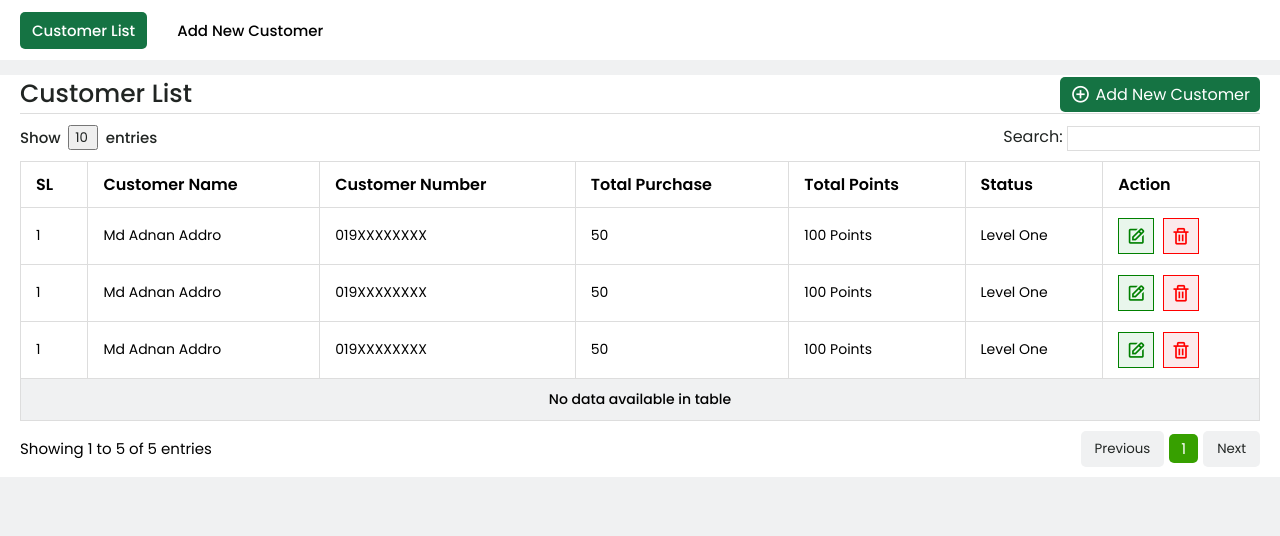
Repository: codebyaddro/customer-page
Page: customer.html
These files come from the project's save history. The page is drawn as it stood at one moment and after a run of saves; the edit follows.
The browser window is 1280 px wide. The pictures show the whole page.

Above is the page before, as saved 2025-02-20 14:36:42.

### customer.html
<!DOCTYPE html>
<html lang="en">
<head>
    <meta charset="UTF-8">
    <meta name="viewport" content="width=device-width, initial-scale=1.0">
    <!-- CSS -->
    <link rel="stylesheet" href="css/customer.css">
    <!-- Icons -->
    <link href='https://unpkg.com/boxicons@2.1.4/css/boxicons.min.css' rel='stylesheet'>
    <title>Customer - Page</title>
</head>
<body style="background-color: var(--gray-white);">
    <div class="cba-customer-container">
        <div class="cba-cusc-top-menus">
            <ul>
                <li><a href="/index.html" class="cba-cusc-active-menu">Customer List</a></li>
                <li><a href="/inner-pages/html/anc.html" class="cba-cusc-light-up">Add New Customer</a></li>
            </ul>
        </div>
        <div class="cba-cusc-list-container">
            <div class="cba-cusc-heading-add-new-btn">
                <div class="cba-cusc-heading">
                    <h2>Customer List</h2>
                </div>
                <div class="cba-cusc-add-new-btn">
                    <i class='cba-cusc-add-icon bx bx-plus-circle'></i>
                    <a href="/inner-pages/html/anc.html">Add New Customer</a>
                </div>
            </div>
            <div class="cba-cusc-list-short-dpdwn-search-box">
                <div class="cba-cusc-list-short-dpdwn">
                    <h3>Show</h3>
                    <select name="10" id="">
                        <option value="">10</option>
                        <option value="">20</option>
                        <option value="">30</option>
                        <option value="">All</option>
                    </select>
                    <h3>entries</h3>
                </div>
                <div class="cba-cusc-search-box">
                    <legend>Search: <input type="text"></legend>
                </div>
            </div>
            <div class="cba-cusc-table-list">
                <table>
                    <thead>
                        <tr>
                            <th title="SL">SL</th>
                            <th title="Code">Customer Name</th>
                            <th title="Category Name">Customer Number</th>
                            <th title="Status">Total Purchase</th>
                            <th title="Status">Total Points</th>
                            <th title="Status">Status</th>
                            <th title="Action">Action</th>
                        </tr>
                    </thead>
                    <tbody>
                        <tr>
                            <td>1</td>
                            <td>Md Adnan Addro</td>
                            <td>019XXXXXXXX</td>
                            <td>50</td>
                            <td><span>100</span> Points</td>
                            <td><span class="cba-cusc-ls1">Level One</span></td>
                            <td>
                                <a title="Edit" href="#"><i class='cba-cusc-edit-icon bx bx-edit'></i></a>
                                <a title="Delete" href="#"><i class='cba-cusc-delete-icon bx bx-trash'></i></a>
                            </td>
                        </tr>
                        <tr>
                            <td>1</td>
                            <td>Md Adnan Addro</td>
                            <td>019XXXXXXXX</td>
                            <td>50</td>
                            <td><span>100</span> Points</td>
                            <td><span class="cba-cusc-ls1">Level One</span></td>
                            <td>
                                <a title="Edit" href="#"><i class='cba-cusc-edit-icon bx bx-edit'></i></a>
                                <a title="Delete" href="#"><i class='cba-cusc-delete-icon bx bx-trash'></i></a>
                            </td>
                        </tr>
                        <tr>
                            <td>1</td>
                            <td>Md Adnan Addro</td>
                            <td>019XXXXXXXX</td>
                            <td>50</td>
                            <td><span>100</span> Points</td>
                            <td><span class="cba-cusc-ls1">Level One</span></td>
                            <td>
                                <a title="Edit" href="#"><i class='cba-cusc-edit-icon bx bx-edit'></i></a>
                                <a title="Delete" href="#"><i class='cba-cusc-delete-icon bx bx-trash'></i></a>
                            </td>
                        </tr>
                        <tr class="cba-cusc-no-data-available">
                            <th colspan="7">No data available in table</th>
                        </tr>
                    </tbody>
                </table>
            </div>
            <div class="cba-cusc-entries-details-list-page-btn">
                <div class="cba-cusc-entries-details">
                    Showing <span>1</span> to <span>5</span> of <span>5</span> entries
                </div>
                <div class="cba-cusc-list-page-btn">
                    <button>Previous</button>
                    <h4><span>1</span></h4>
                    <button>Next</button>
                </div>
            </div>
        </div>
    </div>
</body>
</html>

### css/customer.css
/* -- fonts -- */
@import url('https://fonts.googleapis.com/css2?family=Poppins:ital,wght@0,100;0,200;0,300;0,400;0,500;0,600;0,700;0,800;0,900;1,100;1,200;1,300;1,400;1,500;1,600;1,700;1,800;1,900&family=Raleway:ital,wght@0,100..900;1,100..900&family=Roboto:ital,wght@0,100;0,300;0,400;0,500;0,700;0,900;1,100;1,300;1,400;1,500;1,700;1,900&family=VT323&display=swap');

/* -- root -- */

:root {
    --gray-white: #F0F1F2; /* For body*/
    --white: #FFFFFF;
    --black: #000000;
    --gray-black: #DDDDDD;
    --lt-black: #212523;
    --lt-black-op: #21252350;
    --main-green: #157343;
    --main-lt: #37A000;
    --lt-orange: #FD7E14;
    --green: #008000;
    --lt-green: #e9f6ec;
    --red: #FF0000;
    --lt-red: #fbeaec;
    --blue: #0000FF;
    --lt-blue: #e6e6ff;
}

/* --universal style -- */

* {
    margin: 0;
    padding: 0;
    box-sizing: border-box;
    font-family: "Poppins", serif;
}

/* -- website app text selection cursor style */

::selection {
    color: var(--white);
    background-color: var(--main-lt);
}

/* -- customer container style -- */

.cba-customer-container {
    width: 100%;
    /* margin-top: 25px; */
}

/* -- top menus style--  */

.cba-cusc-top-menus {
    background-color: var(--white);
    display: flex;
    justify-content: left;
    align-items: center;
    height: 60px;
    padding: 10px 40px;
    margin-bottom: 15px;
}

.cba-cusc-top-menus ul {
    list-style-type: none;
    display: flex;
    gap: 30px;
    margin-left: -20px;
}

.cba-cusc-top-menus ul li a {
    text-decoration: none;
    color: var(--black);
    font-size: 15px;
    font-weight: 500;
}

/* -- active menu style -- */

.cba-cusc-active-menu {
    color: var(--white)!important;
    background-color: var(--main-green);
    padding: 8px 12px;
    border-radius: 5px;
}

/* -- menu hover style -- */

.cba-cusc-light-up:hover {
    color: var(--lt-orange);
}

/* -- list container style -- */

.cba-cusc-list-container {
    background-color: var(--white);
    padding: 0px 20px;
}

/* -- heading-add-new-btn style -- */

.cba-cusc-heading-add-new-btn {
    display: flex;
    justify-content: space-between;
    align-items: center;
    border-bottom: 1px solid var(--gray-black) ;
}

.cba-cusc-heading h2 {
    color: var(--lt-black);
    font-size: 25px;
    font-weight: 500;
}

/* -- add-new-btn style -- */

.cba-cusc-add-new-btn {
    display: flex;
    gap: 5px;
    justify-content: baseline;
    align-items: center;
}

.cba-cusc-add-new-btn {
    background-color: var(--main-green);
    padding: 5px 10px;
    border-radius: 5px;
}

.cba-cusc-add-new-btn a {
    color: var(--white);
    text-decoration: none;
}

.cba-cusc-add-icon {
    color: var(--white);
    font-size: 20px;
}

/* -- list-short-dpdwn-search-box style -- */

.cba-cusc-list-short-dpdwn-search-box {
    display: flex;
    justify-content: space-between;
    align-items: center;
    padding: 10px 0px;
}

/* -- list-short-dpdwn style -- */

.cba-cusc-list-short-dpdwn {
    display: flex;
    gap: 7.5px;
    align-items: center;
}

.cba-cusc-list-short-dpdwn h3 {
    color: var(--lt-black);
    font-size: 15px;
    font-weight: 500;
}

.cba-cusc-list-short-dpdwn select {
    color: var(--lt-black);
    appearance: none;
    height: 25px;
    width: 30px;
    padding-left: 6px;
    outline: none;
    border-radius: 2.5px;
}

/* -- search-box style -- */

.cba-cusc-search-box {
    display: flex;
    align-items: center;
}

.cba-cusc-search-box legend {
    color: var(--lt-black);
}

.cba-cusc-search-box input {
    outline: none;
    height: 25px;
    width: 193px;
    border: 1px solid var(--gray-black);
}

/* -- table-list style --*/

table {
    border-collapse: collapse;
    width: 100%;
}

@media (max-width: 768px) {
    table {
        width: 100%;
        padding: 0rem;
        display: block;
        overflow-x: scroll;
        overflow-y: hidden;
        scrollbar-width: thin;
        scrollbar-color: var(--black);
    }
}

/* -- thead style -- */

thead {
    cursor: pointer;
}

th, td {
    border: 1px solid var(--gray-black);
    padding: 10px 15px;
}

thead tr th {
    font-size: 1rem;
    font-weight: 600;
    text-align: left;
}

tbody tr td {
    font-size: 0.875rem;
}

tbody tr:hover {
    background-color: var(--gray-white);
}

/* -- tbody style -- */

/* status style */

.cba-cusc-active {
    color: var(--green);
    background-color: var(--lt-green);
    font-size: 12px;
    font-weight: 500;
    padding: 2.5px 7.5px;
    border-radius: 5px;
}

.cba-cusc-inactive {
    color: var(--red);
    background-color: var(--lt-red);
    font-size: 12px;
    font-weight: 500;
    padding: 2.5px 7.5px;
    border-radius: 5px;
}

/* -- action style -- */

.cba-cusc-edit-icon {
    color: var(--green);
    background-color: var(--lt-green);
    padding: 7px 7px;
    margin-right: 2.5px;
    border: 1px solid var(--green);
    font-size: 20px;
}

.cba-cusc-edit-icon:hover {
    background-color: var(--lt-black-op);
}

.cba-cusc-delete-icon {
    color: var(--red);
    background-color: var(--lt-red);
    padding: 7px 7px;
    margin-left: 2.5px;
    border: 1px solid var(--red);
    font-size: 20px;
}

.cba-cusc-delete-icon:hover {
    background-color: var(--lt-black-op);
}

/* -- no data style */

.cba-cusc-no-data-available th {
    font-size: 14px;
    font-weight:500;
    color: var(--black);
    background-color: var(--gray-white);
}

/* -- entries-details-list-page-btn style -- */

.cba-cusc-entries-details-list-page-btn {
    display: flex;
    justify-content: space-between;
    align-items: center;
    padding: 10px 0px;
}

.cba-cusc-entries-details {
    color: var(--black);
    font-size: 15px;
}

.cba-cusc-list-page-btn {
    display: flex;
    gap: 5px;
    align-items: center;
}

.cba-cusc-list-page-btn button {
    color: var(--lt-black);
    background-color: var(--gray-white);
    padding: 8px 14px;
    border: none;
    border-radius: 5px;
    cursor: pointer;
}

.cba-cusc-list-page-btn > h4 {
    color: var(--white);
    background-color: var(--main-lt);
    font-size: 15px;
    font-weight: 400;
    padding: 3px 12px;
    border-radius: 5px;
}

After the next 3 saves:
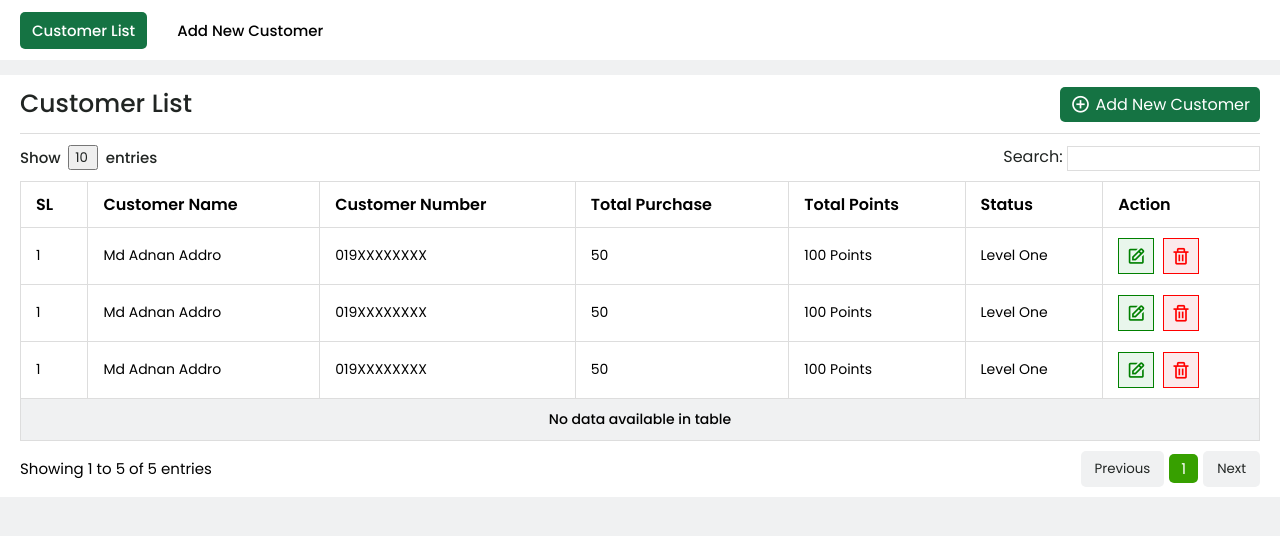
The 3 saves are shown as one change because they came seconds apart.
The last was saved 12 s later.
--- a/css/customer.css
+++ b/css/customer.css
@@ -98,7 +98,8 @@
     display: flex;
     justify-content: space-between;
     align-items: center;
-    border-bottom: 1px solid var(--gray-black) ;
+    border-bottom: 1px solid var(--gray-black);
+    padding: 10px 0px;
 }
 
 .cba-cusc-heading h2 {
